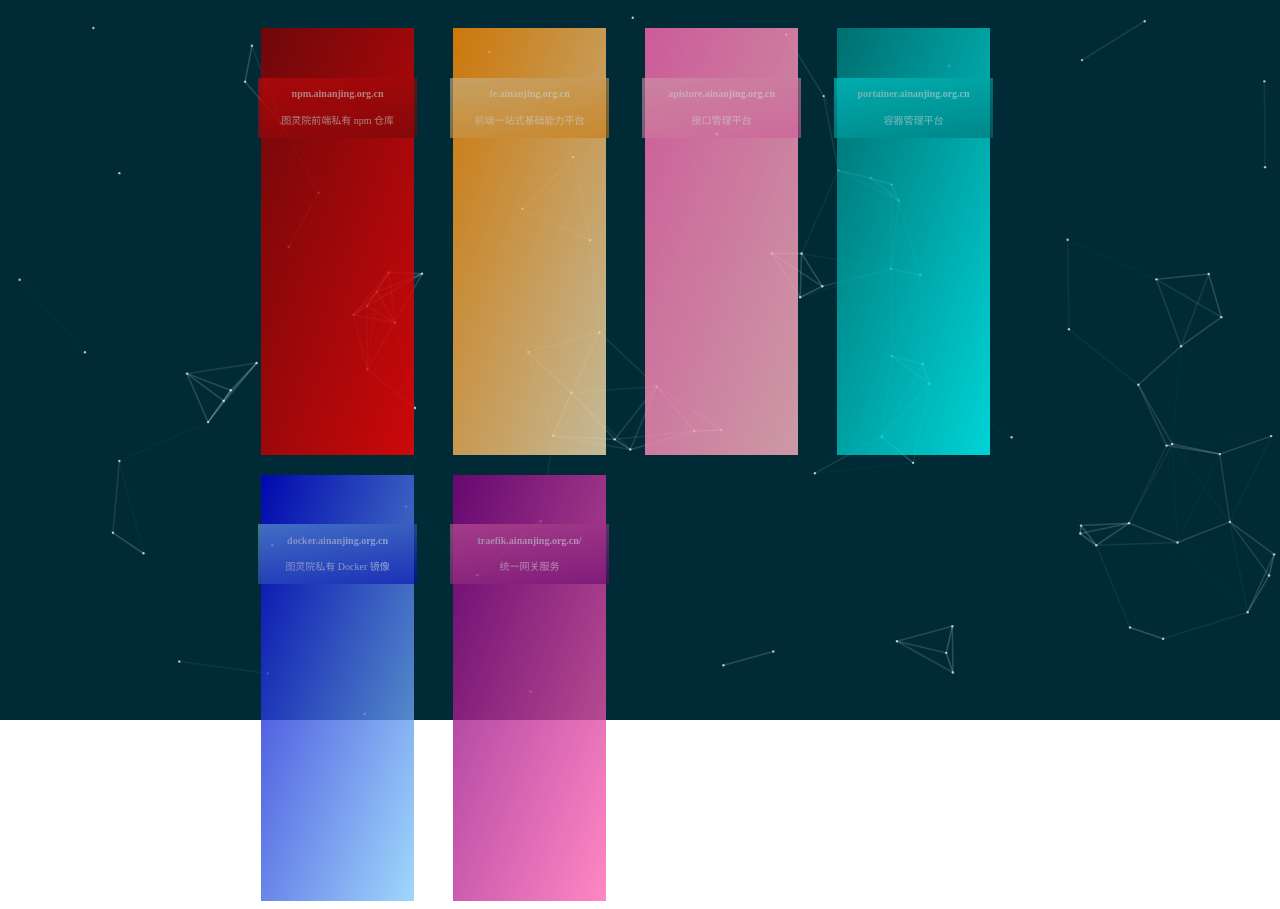
Repository: heweiwei1/portainer
Page: index.html
These files come from the project's save history. The page is drawn as it stood at one moment and after the next save; the edit follows.
The browser window is 1280 px wide. The pictures show the whole page.

Above is the page before, as saved 2021-04-14 13:45:45.

After the next save:
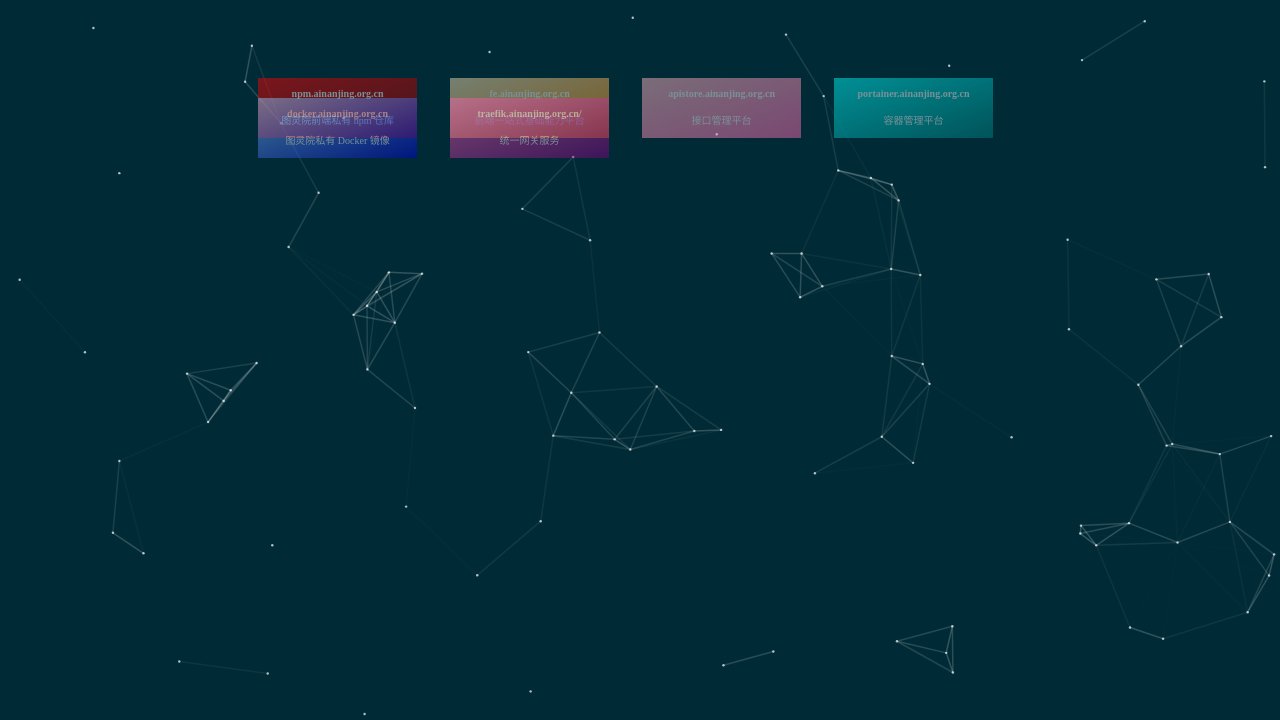
Saved 49 s later.
--- a/index.css
+++ b/index.css
@@ -17,8 +17,7 @@ a {
   align-items: center;
   /* width: calc((100% - 120px) / 4); */
   width: 12vw;
-  height: 0;
-  padding-bottom: 56.25%;
+  height: ;
   margin-top: 20px;
   font-size: 10px;
 }
